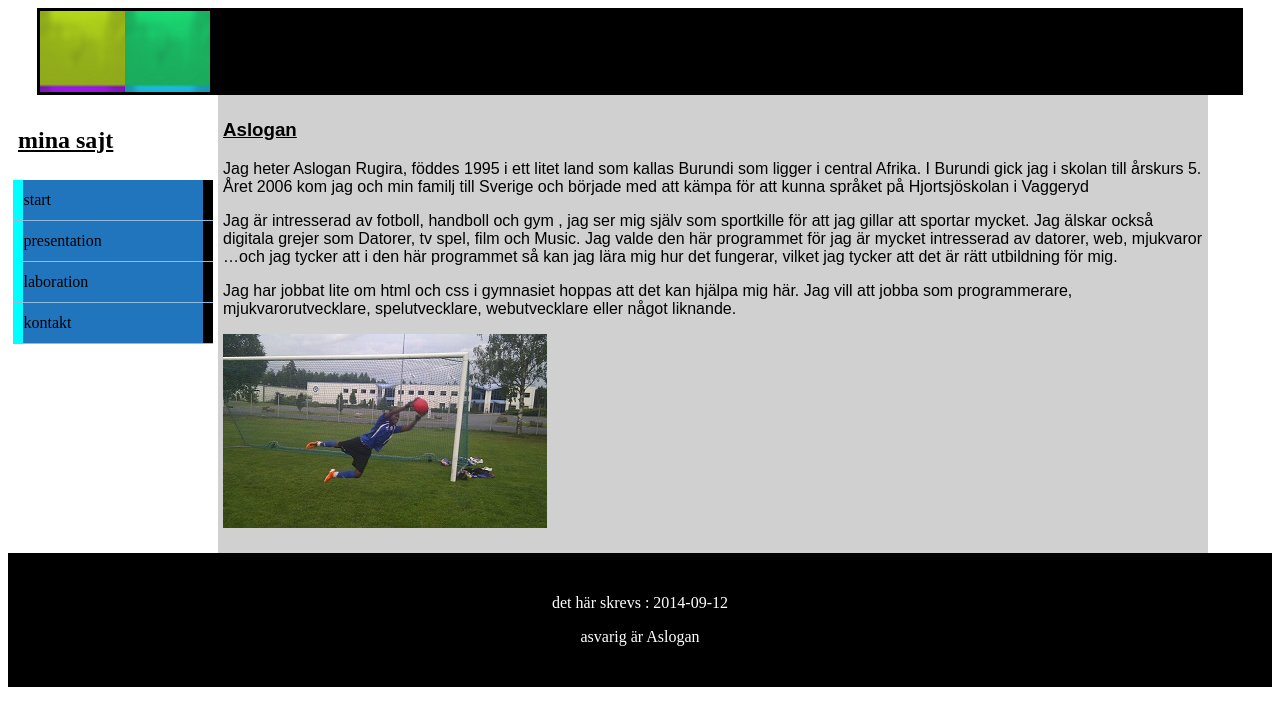
Repository: ar222rk/1IK415-ar222rk-Laboration
Page: pages/presentation.html
The author's editor kept a record of every edit. The page is drawn from the files as they stood at one moment, then again after the next edit.
The browser window is 1280 px wide. The pictures show the whole page.

Above is the page before.

After the next edit:
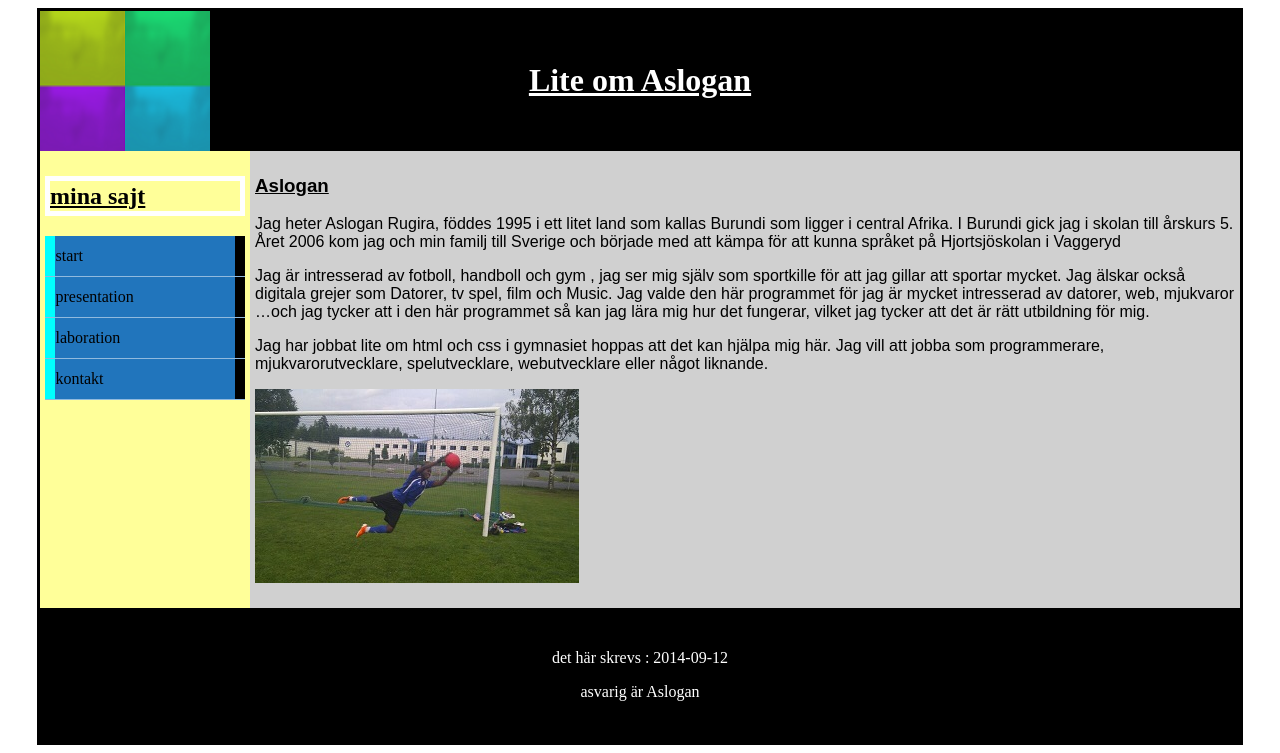
The edit:
--- a/pages/presentation.html
+++ b/pages/presentation.html
@@ -12,8 +12,9 @@
  <body>
   <div id="container">
                 <div id ="header">
-                <h1  class="bild" Lite om Aslogan> </div> </h1>
-                 </div>
+                <h1>  Lite om Aslogan </h1>
+                </div>
+
     <div id="nav">
 
                   <h2> mina sajt</h2>
